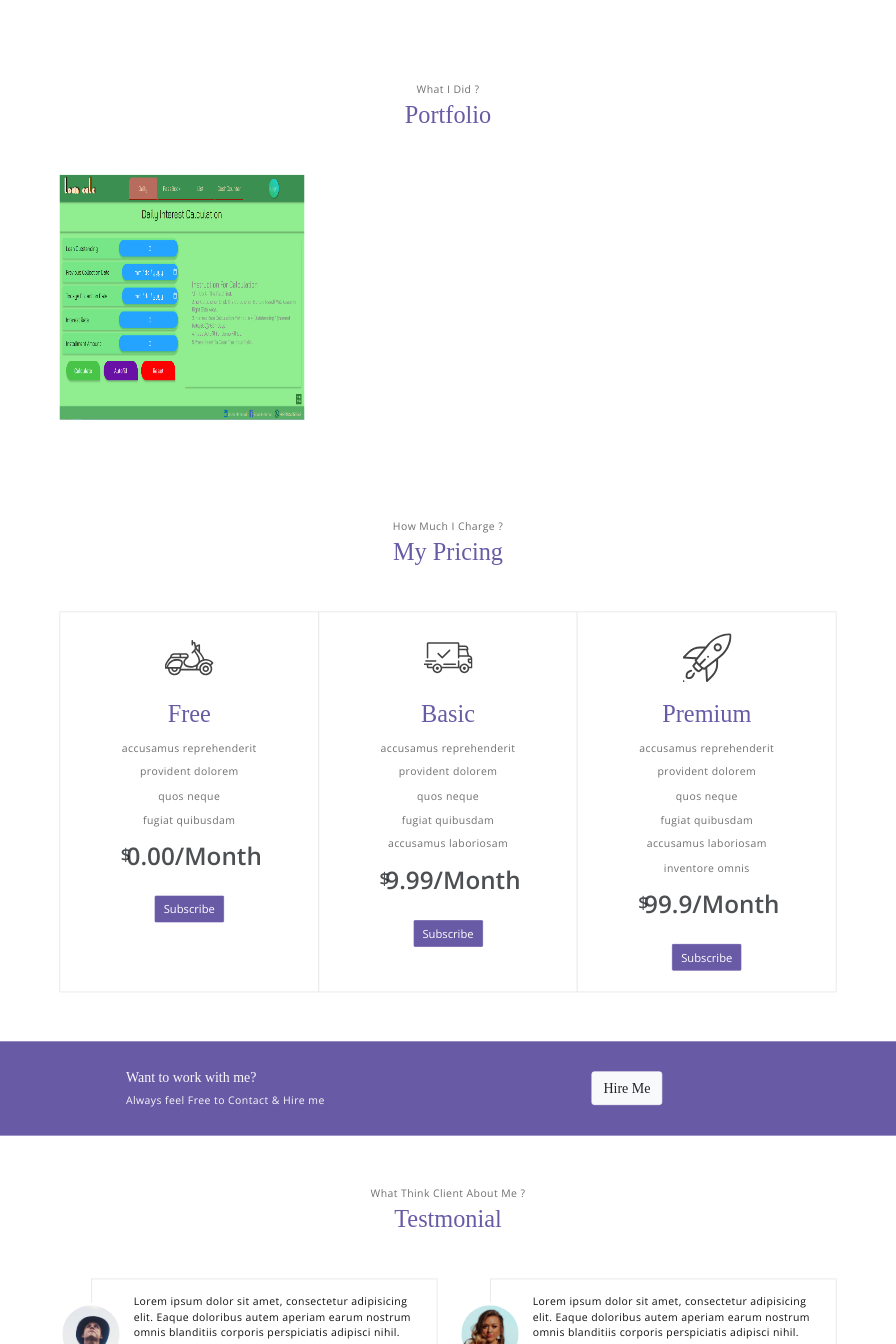
Repository: Soab42/portfolio
Page: /
The author's editor kept a copy of each file at every save. The page is drawn from the files as they stood at one save, then again after the next save.
The browser window is 1280 px wide. The pictures show the part of the page from y = 1711 to 3631 px (the page is 5436 px tall before and 5136 px after), at 70% of full size.
Some web fonts or font styles are not loaded; a fallback is used. The project was rebuilt for these pictures with package versions that can differ from the ones it lists, and the page was loaded fresh each time. The framework's server and built-in components were replaced by stand-ins that run in the browser. Also part of the build but not shown: next.config.js.

Above is the page before, as saved 2023-10-09 14:13:00.

After the next save:
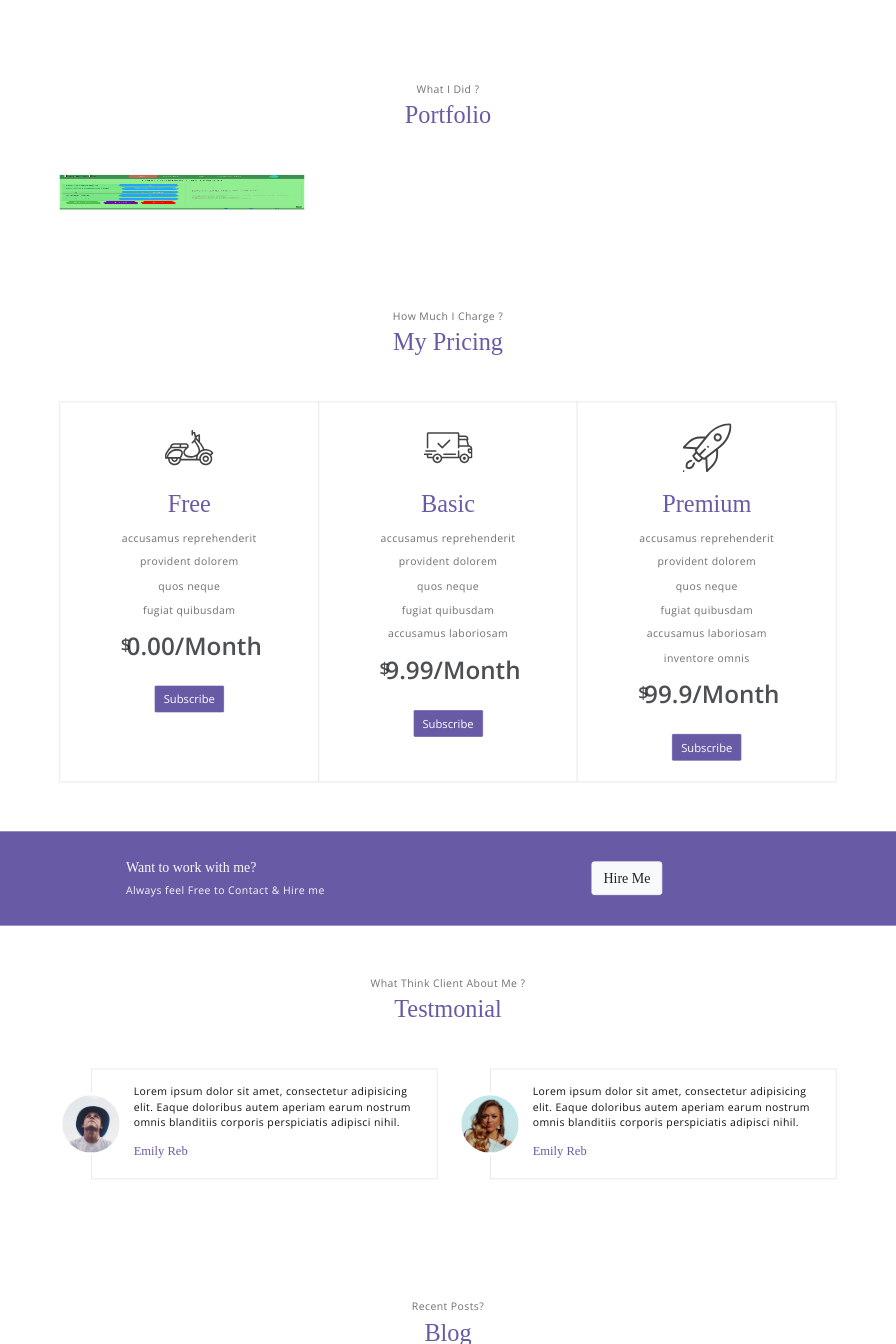
Saved 40 s later.
--- a/components/ProjectsCard.js
+++ b/components/ProjectsCard.js
@@ -6,8 +6,8 @@
     <div className="col-md-4">
       <a href="#" className="portfolio-card">
         <Image
-          width={350}
-          height={350}
+          width={50}
+          height={50}
           src={imgLink}
           className="portfolio-card-img"
           alt="Download free bootstrap 4 landing page, free boootstrap 4 templates, Download free bootstrap 4.1 landing page, free boootstrap 4.1.1 templates, meyawo Landing page"

After the save that followed:
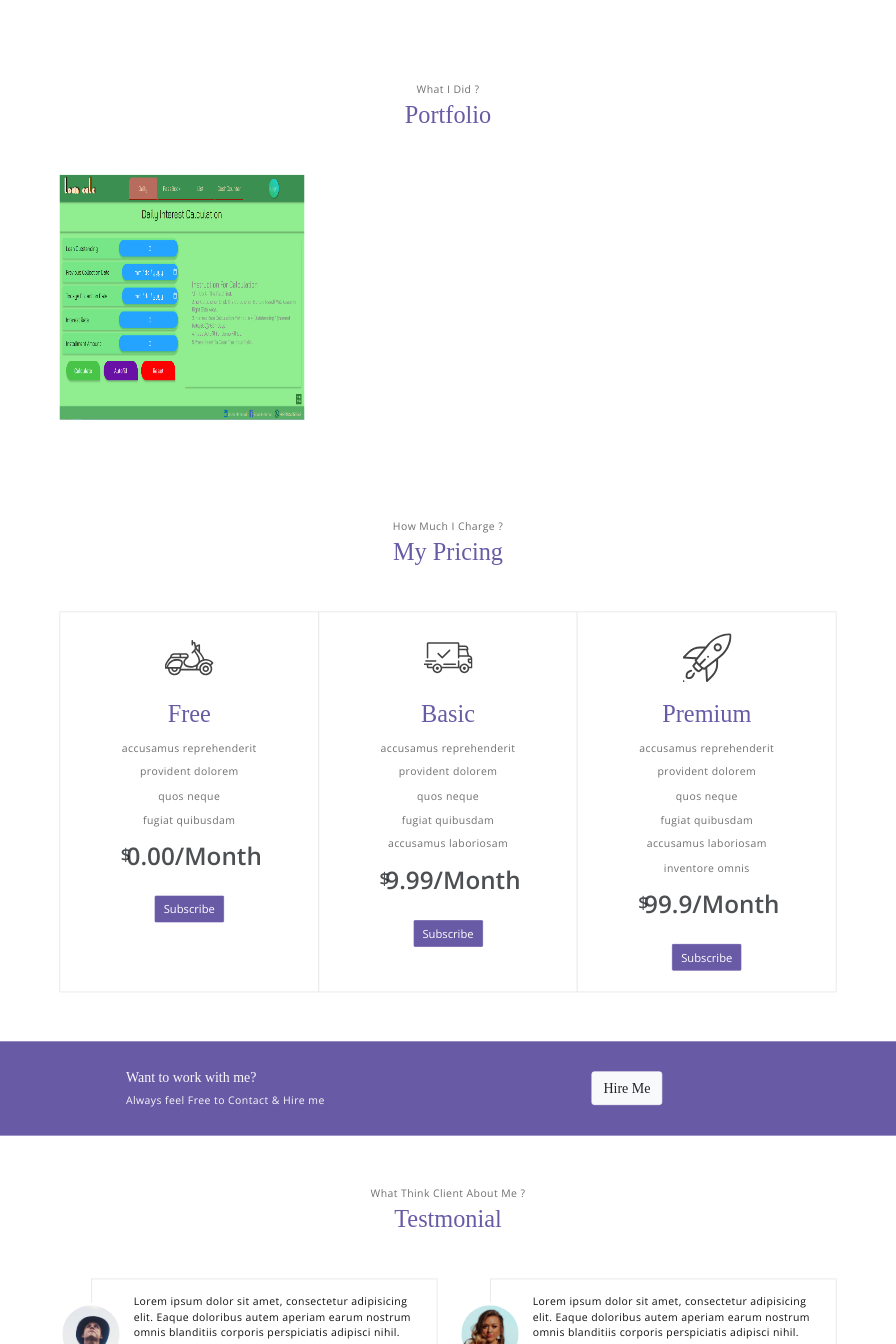
Saved 5 s later.
--- a/components/ProjectsCard.js
+++ b/components/ProjectsCard.js
@@ -6,8 +6,8 @@
     <div className="col-md-4">
       <a href="#" className="portfolio-card">
         <Image
-          width={50}
-          height={50}
+          width={350}
+          height={350}
           src={imgLink}
           className="portfolio-card-img"
           alt="Download free bootstrap 4 landing page, free boootstrap 4 templates, Download free bootstrap 4.1 landing page, free boootstrap 4.1.1 templates, meyawo Landing page"
